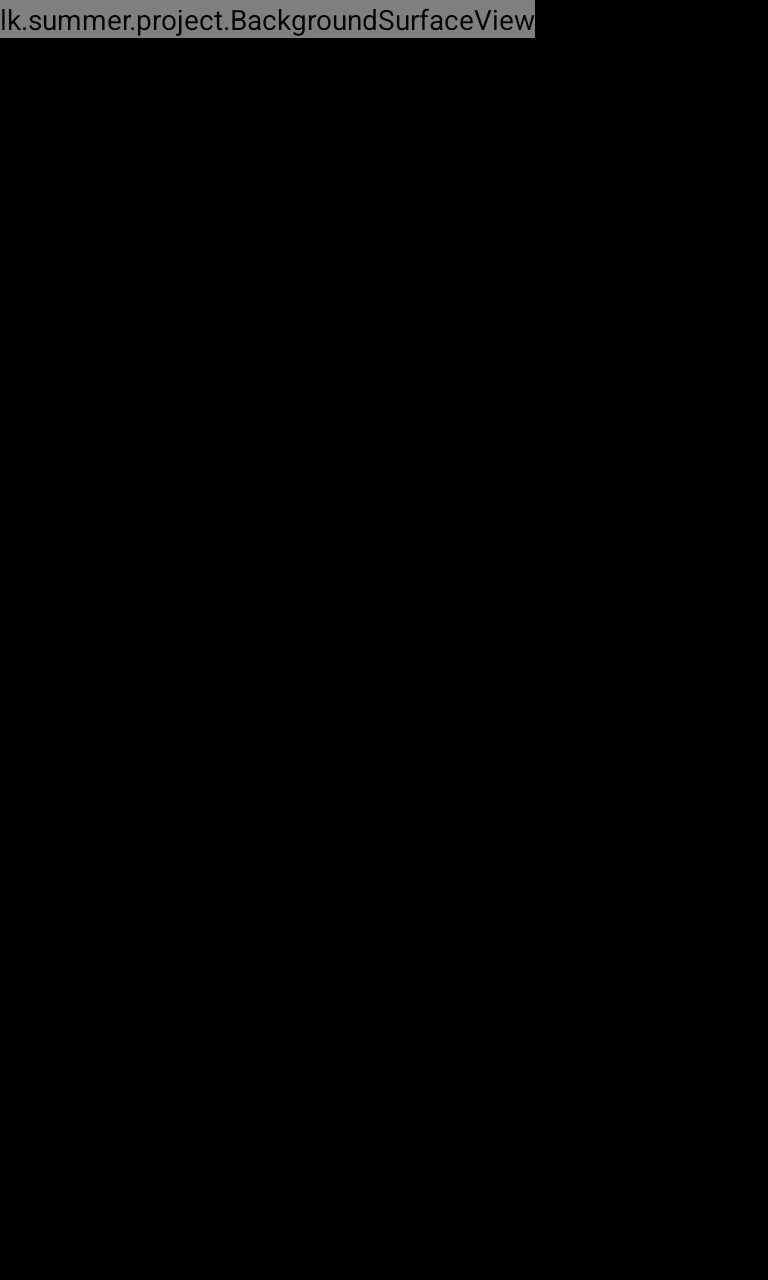
Repository: zwycid/dimension-drive-downside
Layout: lk/gameUIDesign/res/layout/activity_main.xml
The author's editor kept a copy of each file at every save. The layout is drawn from the files as they stood at one save, then again after the next save.
Pictures or frames that could not be fetched are drawn as grey boxes. It is drawn on a 768 x 1280 px phone screen (xhdpi) without system bars, with theme AppTheme; the app's code is not run.

Above is the layout before, as saved 2012-07-10 15:23:48.

### lk/gameUIDesign/res/layout/activity_main.xml
<?xml version="1.0" encoding="utf-8"?>
<FrameLayout xmlns:android="http://schemas.android.com/apk/res/android"
    android:layout_width="fill_parent"
    android:layout_height="fill_parent"
    android:background="#000000"
    android:orientation="vertical" >

    <lk.summer.project.BackgroundSurfaceView
        android:id="@+id/BackgroundSurfaceView"
        android:layout_width="wrap_content"
        android:layout_height="wrap_content" />

    <ViewFlipper
        android:id="@+id/viewFlipper"
        android:layout_width="match_parent"
        android:layout_height="match_parent" >

        <LinearLayout
            android:id="@+id/MainmeniLinearLayout"
            android:layout_width="match_parent"
            android:layout_height="match_parent"
            android:background="#00000000"
            android:orientation="vertical" >

            <View
                android:id="@+id/view1"
                style="@style/blankView" />

            <TextView
                android:id="@+id/textViewTitle"
                style="@style/TitleText" />

            <View
                android:id="@+id/view2"
                style="@style/blankView" />

            <TextView
                android:id="@+id/textViewStartgame"
                style="@style/ButtonText" />

            <View
                android:id="@+id/view3"
                style="@style/blankView" />

            <TextView
                android:id="@+id/textViewRanking"
                style="@style/ButtonText" />

            <View
                android:id="@+id/view4"
                style="@style/blankView" />

            <TextView
                android:id="@+id/textViewOption"
                style="@style/ButtonText" />
        </LinearLayout>

        <LinearLayout
            android:id="@+id/RankingLinearLayout"
            android:layout_width="match_parent"
            android:layout_height="match_parent"
            android:background="#00000000"
            android:orientation="vertical" >

            <TextView
                android:id="@+id/textViewTitleRanking"
                style="@style/TitleText"
                android:text="Ranking" />
        </LinearLayout>

        <LinearLayout
            android:id="@+id/OptionLinearLayout"
            android:layout_width="match_parent"
            android:layout_height="match_parent"
            android:background="#00000000"
            android:orientation="vertical" >

            <TextView
                android:id="@+id/textViewTitleOption"
                style="@style/TitleText"
                android:text="Option" />
        </LinearLayout>
    </ViewFlipper>

</FrameLayout>

### lk/gameUIDesign/res/values/styles.xml
<resources xmlns:android="http://schemas.android.com/apk/res/android">

    <style name="AppTheme" parent="android:Theme.Light" />

    <style name="TitleText">
        <item name="android:layout_width">wrap_content</item>
        <item name="android:layout_height">wrap_content</item>
        <item name="android:layout_gravity">center_horizontal</item>
        <item name="android:textColor">#66ffff</item>
        <item name="android:shadowColor">#66ffff</item>
        <item name="android:shadowDx">0.0</item>
        <item name="android:shadowRadius">5</item>
        <item name="android:shadowDy">0.0</item>
    </style>

    <style name="ButtonText">
        <item name="android:layout_width">wrap_content</item>
        <item name="android:layout_height">wrap_content</item>
        <item name="android:layout_gravity">center_horizontal</item>
        <item name="android:textColor">#66ffff</item>
        <item name="android:shadowColor">#66ffff</item>
        <item name="android:shadowDx">0.0</item>
        <item name="android:shadowRadius">3</item>
        <item name="android:shadowDy">0.0</item>
    </style>

    <style name="blankView">
        <item name="android:id">@+id/view2"</item>
        <item name="android:layout_width">wrap_content</item>
        <item name="android:layout_height">50dp</item>
        <item name="android:visibility">invisible</item>
    </style>

</resources>

### lk/gameUIDesign/res/values/strings.xml
<resources>

    <string name="app_name">ITProject-gameUIDesign</string>
    <string name="hello_world">Hello world!</string>
    <string name="menu_settings">Settings</string>
    <string name="title_activity_main">MainActivity</string>
    <string name="gameTitle">Sailing Text</string>

</resources>

After the next save:
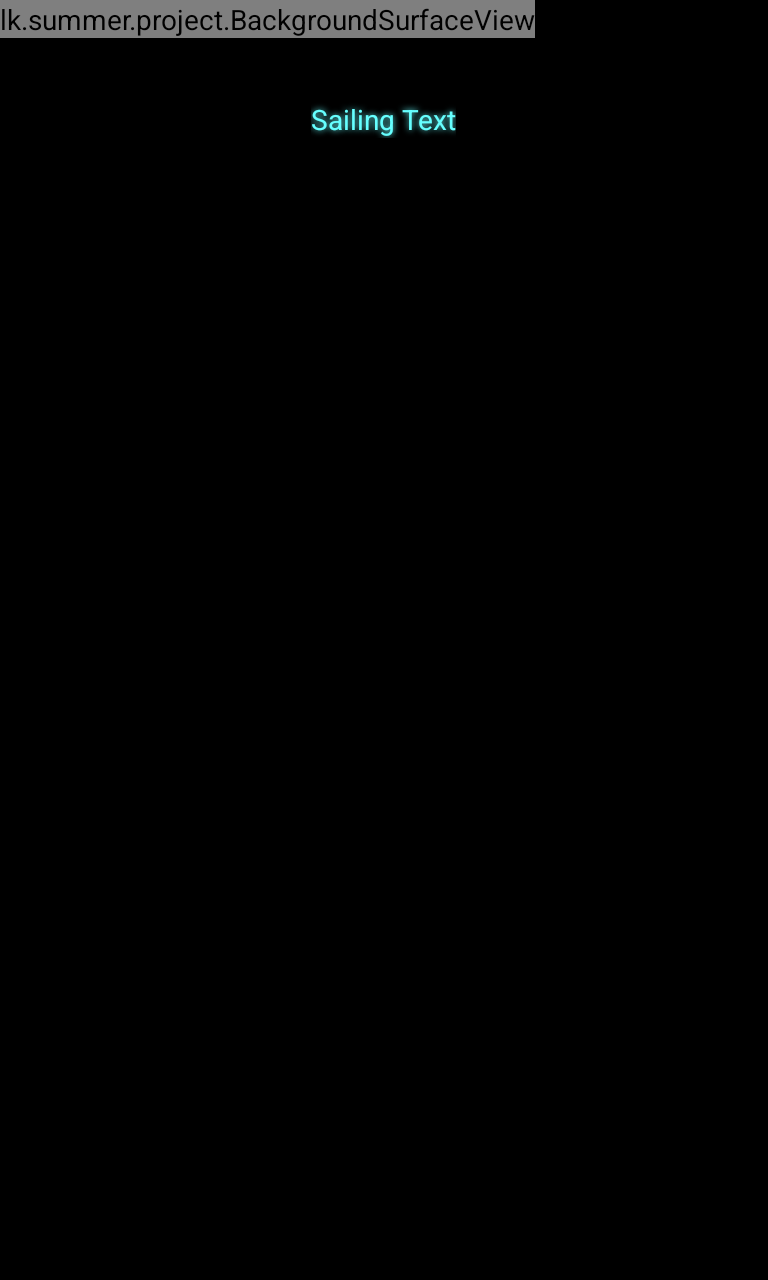
Saved 19 s later.
--- a/lk/gameUIDesign/res/layout/activity_main.xml
+++ b/lk/gameUIDesign/res/layout/activity_main.xml
@@ -28,6 +28,7 @@
 
             <TextView
                 android:id="@+id/textViewTitle"
+                android:text="@string/gameTitle"
                 style="@style/TitleText" />
 
             <View
